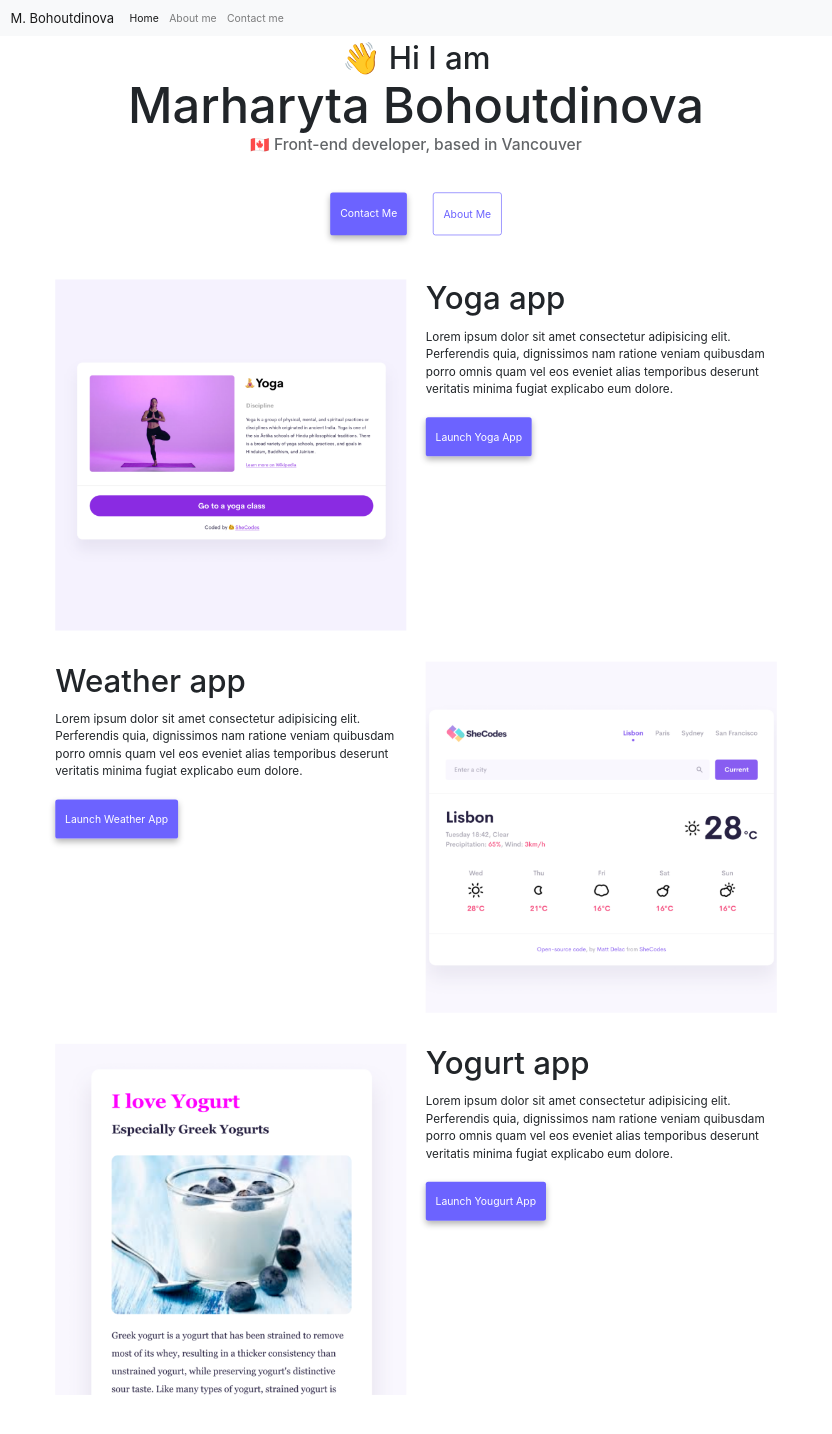
Repository: Bohoutdinova/Portfolio
Page: index.html
These files come from the project's save history. The page is drawn as it stood at one moment and after the next save; the edit follows.
The browser window is 1280 px wide. The pictures show the whole page, at 65% of full size.

Above is the page before, as saved 2022-08-09 16:09:05.

### index.html
<!DOCTYPE html>
<html lang="en">
  <head>
    <meta charset="UTF-8" />
    <meta http-equiv="X-UA-Compatible" content="IE=edge" />
    <meta name="viewport" content="width=device-width, initial-scale=1.0" />
    <title>Front-end developer Marharyta Bohoutdinova</title>
    <meta
      name="description"
      content="Marharyta Bohoutdinova is a front-end developer based in Canada, check out her projects and contact her for job inquiries"
    />
    <link
      rel="stylesheet"
      href="https://cdn.jsdelivr.net/npm/bootstrap@4.3.1/dist/css/bootstrap.min.css"
      integrity="sha384-ggOyR0iXCbMQv3Xipma34MD+dH/1fQ784/j6cY/iJTQUOhcWr7x9JvoRxT2MZw1T"
      crossorigin="anonymous"
    />
    <script
      src="https://code.jquery.com/jquery-3.3.1.slim.min.js"
      integrity="sha384-q8i/X+965DzO0rT7abK41JStQIAqVgRVzpbzo5smXKp4YfRvH+8abtTE1Pi6jizo"
      crossorigin="anonymous"
    ></script>
    <script
      src="https://cdn.jsdelivr.net/npm/popper.js@1.14.7/dist/umd/popper.min.js"
      integrity="sha384-UO2eT0CpHqdSJQ6hJty5KVphtPhzWj9WO1clHTMGa3JDZwrnQq4sF86dIHNDz0W1"
      crossorigin="anonymous"
    ></script>
    <script
      src="https://cdn.jsdelivr.net/npm/bootstrap@4.3.1/dist/js/bootstrap.min.js"
      integrity="sha384-JjSmVgyd0p3pXB1rRibZUAYoIIy6OrQ6VrjIEaFf/nJGzIxFDsf4x0xIM+B07jRM"
      crossorigin="anonymous"
    ></script>
    <link rel="stylesheet" href="/style.css" />
  </head>
  <body>
    <nav class="navbar navbar-expand-lg navbar-light bg-light fixed-top">
      <a class="navbar-brand" href="/index.html" title="Homepage"
        >M. Bohoutdinova</a
      >
      <button
        class="navbar-toggler"
        type="button"
        data-toggle="collapse"
        data-target="#navbarNavAltMarkup"
        aria-controls="navbarNavAltMarkup"
        aria-expanded="false"
        aria-label="Toggle navigation"
      >
        <span class="navbar-toggler-icon"></span>
      </button>
      <div class="collapse navbar-collapse" id="navbarNavAltMarkup">
        <div class="navbar-nav">
          <a
            class="nav-item nav-link active"
            href="/index.html"
            title="Homepage"
            >Home <span class="sr-only">(current)</span></a
          >
          <a
            class="nav-item nav-link"
            href="/about.html"
            title="About M. Bohoutdinova"
            >About me</a
          >
          <a
            class="nav-item nav-link"
            href="/about.html#contact"
            title="Contact with M. Bohoutdinova"
            >Contact me</a
          >
        </div>
      </div>
    </nav>
    <h2>👋 Hi I am</h2>
    <h1>Marharyta Bohoutdinova</h1>
    <h3>🇨🇦 Front-end developer, based in Vancouver</h3>
    <div class="navigation-links">
      <a
        href="about.html#contact"
        class="contact-link"
        title="Contact with M. Bohoutdinova"
        >Contact me</a
      >
      <a href="about.html" class="about-link" title="About M. Bohoutdinova"
        >About me</a
      >
    </div>
    <div class="container">
      <div class="row">
        <div class="col-md-6">
          <img src="/images/yoga.png" class="img-fluid" alt="Yoga" />
        </div>
        <div class="col-md-6">
          <h2 class="mb-3 yogaheader">Yoga app</h2>
          <p>
            Lorem ipsum dolor sit amet consectetur adipisicing elit. Perferendis
            quia, dignissimos nam ratione veniam quibusdam porro omnis quam vel
            eos eveniet alias temporibus deserunt veritatis minima fugiat
            explicabo eum dolore.
          </p>
          <div class="mt-5">
            <a href="#" class="yoga-link" title="Yoga App">Launch Yoga app</a>
          </div>
        </div>
      </div>
      <div class="row mt-5">
        <div class="col-md-6">
          <h2 class="mb-3 yogaheader">Weather app</h2>
          <p>
            Lorem ipsum dolor sit amet consectetur adipisicing elit. Perferendis
            quia, dignissimos nam ratione veniam quibusdam porro omnis quam vel
            eos eveniet alias temporibus deserunt veritatis minima fugiat
            explicabo eum dolore.
          </p>
          <div class="mt-5">
            <a href="#" class="yoga-link" title="Weather App"
              >Launch Weather app</a
            >
          </div>
        </div>
        <div class="col-md-6">
          <img src="/images/weather.png" class="img-fluid" alt="Weather" />
        </div>
      </div>
      <div class="row mt-5">
        <div class="col-md-6">
          <img src="/images/yogurt.png" class="img-fluid" alt="Yogurt" />
        </div>
        <div class="col-md-6">
          <h2 class="mb-3 yogaheader">Yogurt app</h2>
          <p>
            Lorem ipsum dolor sit amet consectetur adipisicing elit. Perferendis
            quia, dignissimos nam ratione veniam quibusdam porro omnis quam vel
            eos eveniet alias temporibus deserunt veritatis minima fugiat
            explicabo eum dolore.
          </p>
          <div class="mt-5">
            <a href="#" class="yoga-link" title="Yougurt app"
              >Launch Yougurt app</a
            >
          </div>
        </div>
      </div>
    </div>
  </body>
</html>

### style.css
:root {
  --primary-color: #6c63ff;
  --secondary-color: #f5f2fe;
  --box-shadow: 0 5px 10px rgba(0, 0, 0, 0.3);
}

body {
  margin: 60px auto;
}

h1,
h2,
h3 {
  text-align: center;
  margin: 0;
}

h1 {
  font-size: 75px;
}

h2 {
  font-size: 48px;
}

h3 {
  font-size: 24px;
  opacity: 0.7;
}

p {
  border-radius: 4px;
  font-size: 18px;
  line-height: 1.5;
}

.navigation-links {
  display: flex;
  margin: 40px 0 48px 0;
  justify-content: center;
}

.navigation-links a {
  margin: 20px;
  border-radius: 4px;
  padding: 20px 15px;
  text-decoration: none;
  text-transform: capitalize;
}

.contact-link {
  background: var(--primary-color);
  box-shadow: var(--box-shadow);
  color: white;
}

.about-link {
  color: var(--primary-color);
  border: 1px solid var(--primary-color);
}

.homepage-link {
  color: var(--primary-color);
  text-align: center;
  display: block;
}

.about-paragraphs p {
  margin: 10px 30px;
  text-align: center;
}

.email-link {
  display: flex;
  justify-content: center;
  color: var(--primary-color);
  font-size: 28px;
  text-decoration: none;
}

.email-link:hover {
  text-decoration: underline;
}
.yogaheader {
  text-align: left;
  margin: 0;
}
.yoga-link {
  background: var(--primary-color);
  box-shadow: var(--box-shadow);
  color: white;
  border-radius: 4px;
  padding: 20px 15px;
  text-decoration: none;
  text-transform: capitalize;
}
.yoga-link:hover {
  text-decoration: none;
}

After the next save:
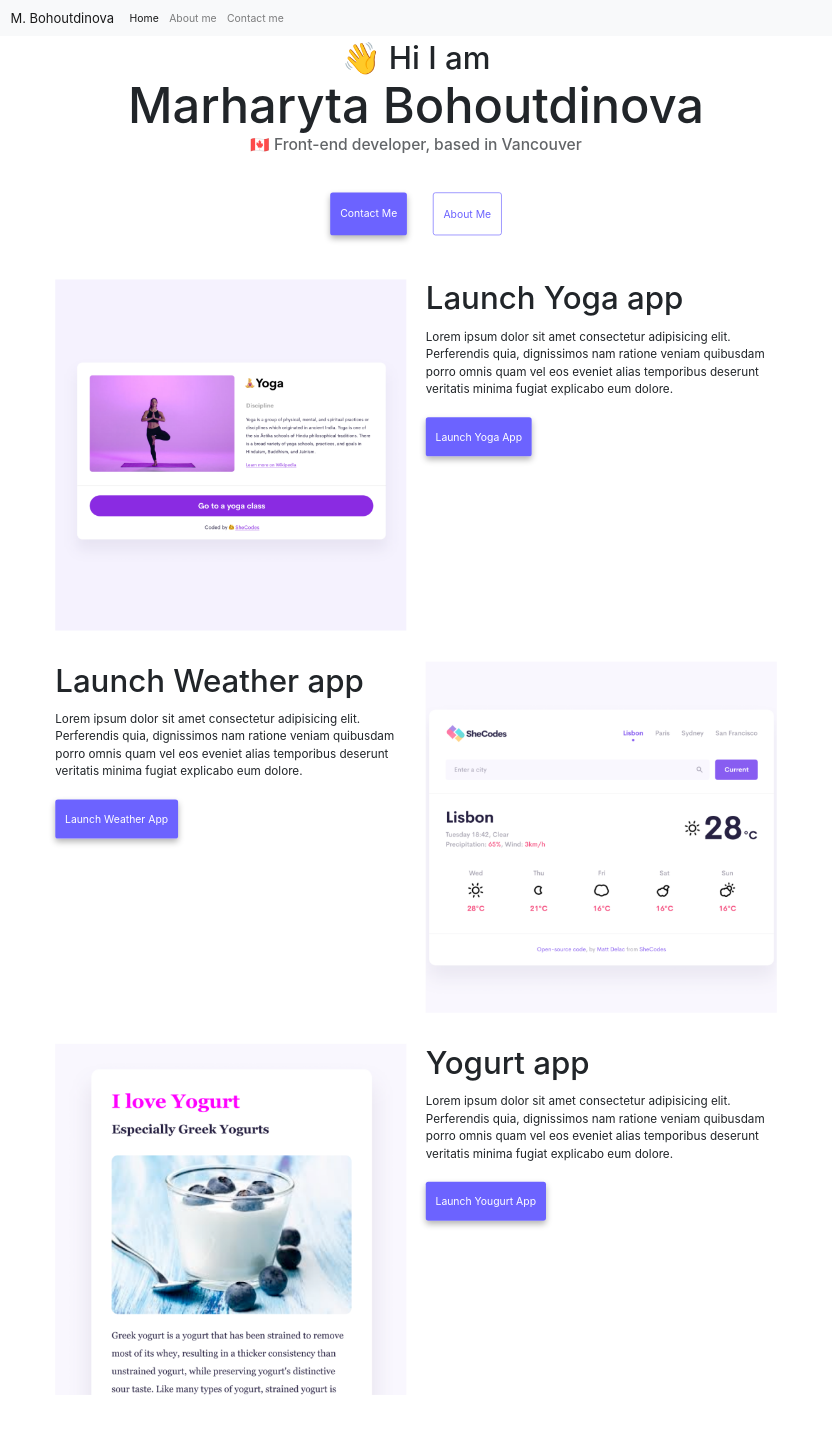
Saved 2 min 14 s later.
--- a/index.html
+++ b/index.html
@@ -91,7 +91,7 @@
           <img src="/images/yoga.png" class="img-fluid" alt="Yoga" />
         </div>
         <div class="col-md-6">
-          <h2 class="mb-3 yogaheader">Yoga app</h2>
+          <h2 class="mb-3 yogaheader">Launch Yoga app</h2>
           <p>
             Lorem ipsum dolor sit amet consectetur adipisicing elit. Perferendis
             quia, dignissimos nam ratione veniam quibusdam porro omnis quam vel
@@ -105,7 +105,7 @@
       </div>
       <div class="row mt-5">
         <div class="col-md-6">
-          <h2 class="mb-3 yogaheader">Weather app</h2>
+          <h2 class="mb-3 yogaheader">Launch Weather app</h2>
           <p>
             Lorem ipsum dolor sit amet consectetur adipisicing elit. Perferendis
             quia, dignissimos nam ratione veniam quibusdam porro omnis quam vel
